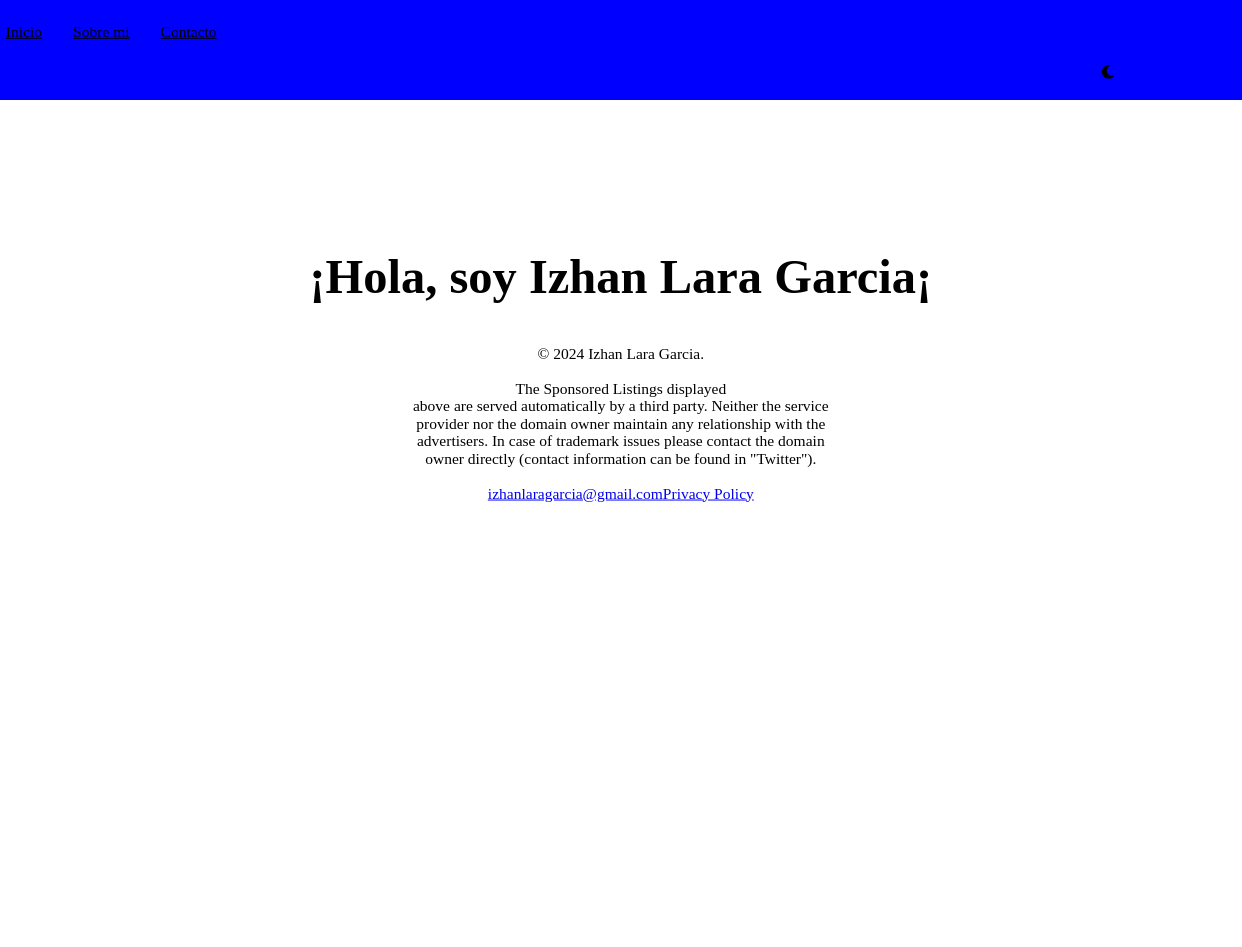
Repository: izhanlaraagarcia/izhanlaraagarcia.github.io
Page: / (app in vite-project/)
The author's editor kept a copy of each file at every save. The page is drawn from the files as they stood at one save, then again after the next save.
The browser window is 1280 px wide. The pictures show the whole page, at 97% of full size.
The project was rebuilt for these pictures with package versions that can differ from the ones it lists, and the page was loaded fresh each time. Also part of the build but not shown: vite-project/vite.config.js, vite-project/src/Home/Styles/estilos.css, vite-project/src/pages/About/about.jsx, vite-project/src/pages/Contact/contact.jsx.

Above is the page before, as saved 2024-07-11 21:20:09.

### vite-project/index.html
<!doctype html>
<html lang="en">
  <head>
    <meta charset="UTF-8" />
    <meta name="viewport" content="width=device-width, initial-scale=1.0" />
    <title>Izhan Lara Garcia</title>
  </head>
  <body>
    <div id="root"></div>
    <script type="module" src="/src/main.jsx"></script>
  </body>
</html>

### vite-project/src/App.jsx
import React from "react";
import { BrowserRouter as Router, Route, Routes } from "react-router-dom";
import Menu from "./Componentes-Generales/menu.jsx";
import Inicio from "./Home/Inicio.jsx";
import About from "./pages/About/about.jsx";
import Contact from "./pages/Contact/contact.jsx";

class App extends React.Component {
  render() {
    return (
      <Router>
        <Menu />
        <Routes>
          <Route path="/" element={<Inicio />} />
          <Route path="/sobre-mi" element={<About />} />
          <Route path="/contacto" element={<Contact />} />
        </Routes>
      </Router>
    );
  }
}

export default App;

### vite-project/src/index.css
/* :root {
  font-family: Inter, system-ui, Avenir, Helvetica, Arial, sans-serif;
  line-height: 1.5;
  font-weight: 400;

  color-scheme: light dark;
  color: rgba(255, 255, 255, 0.87);
  background-color: #242424;

  font-synthesis: none;
  text-rendering: optimizeLegibility;
  -webkit-font-smoothing: antialiased;
  -moz-osx-font-smoothing: grayscale;
}

a {
  font-weight: 500;
  color: #646cff;
  text-decoration: inherit;
}

a:hover {
  color: #535bf2;
}



h1 {
  font-size: 3.2em;
  line-height: 1.1;
}

button {
  border-radius: 8px;
  border: 1px solid transparent;
  padding: 0.6em 1.2em;
  font-size: 1em;
  font-weight: 500;
  font-family: inherit;
  background-color: #1a1a1a;
  cursor: pointer;
  transition: border-color 0.25s;
}

button:hover {
  border-color: #646cff;
}

button:focus,
button:focus-visible {
  outline: 4px auto -webkit-focus-ring-color;
}

@media (prefers-color-scheme: light) {
  :root {
    color: #213547;
    background-color: #ffffff;
  }

  a:hover {
    color: #747bff;
  }

  button {
    background-color: #f9f9f9;
  }
} */

body {
  right: 0;
  margin: 0%;
  width: 100%;
  margin-top: 20%;
  text-align: center;
  min-width: 320px;
  min-height: 100vh;

}

button {
  border-radius: 8px;
  border: 1px solid transparent;
  padding: 0.6em 1.2em;
  font-size: 1em;
  font-weight: 500;
  font-family: inherit;
  background-color: #1a1a1a;
  cursor: pointer;
  transition: border-color 0.25s;
}

### vite-project/src/Componentes-Generales/menu.jsx
import React from "react";
import { Link } from "react-router-dom";
import "./styles/menu.css";

import TemaComponent from "./thema";

class Menu extends React.Component {
  render() {
    return (
      <header>
        <nav>
          <ul>
            <li>
              <Link to="/">Inicio</Link>
            </li>
            <li>
              <Link to="/sobre-mi">Sobre mi</Link>
            </li>
            <li>
              <Link to="/contacto">Contacto</Link>
            </li>
            <li>
              <TemaComponent/>
            </li>
          </ul>
        </nav>
      </header>
    );
  }
}

export default Menu;

### vite-project/src/Home/Inicio.jsx
import React from "react";
import "./Styles/estilos.css";

import Banner from "../Componentes-Generales/banner";
import Footer from "../Componentes-Generales/footer";

class Inicio extends React.Component {
  render() {
    return (
      // Pequeña presentacion para el inicio
      <>
        <Banner />
        <Footer />
      </>
    );
  }
}

export default Inicio;

### vite-project/src/Componentes-Generales/styles/menu.css
nav {
    top: 0;
    right: 0;
    margin: 0%;
    padding: 10px;
    position: fixed;
    width: 100%;

    background-color: blue;
}

nav ul {
    list-style-type: none;
    padding: 0;
    margin: 0;
}

nav a {
    float: left;
    display: block;
    color: black;
    text-align: center;
    padding: 14px 16px;
}

nav ul li a:hover {
    background-color: aliceblue;
}

### vite-project/src/Componentes-Generales/thema.jsx
import React, { useState } from "react";
import { FontAwesomeIcon } from "@fortawesome/react-fontawesome";
import { faSun, faMoon } from "@fortawesome/free-solid-svg-icons";

const TemaComponent = () => {
  const [dark, setDark] = useState(false);

  const handleClick = () => {
    if (dark) {
      document.body.style.backgroundColor = "white";
      setDark(false);
    } else {
      document.body.style.backgroundColor = "darkgrey";
      setDark(true);
    }
  };

  return (
    <button
      id="tema"
      style={{
        cursor: "pointer",
        background: "none",
        border: "none",
        outline: "none",
        marginLeft: "80%",
      }}
      onClick={handleClick}
      aria-label={dark ? "Cambiar al modo claro" : "Cambiar al modo oscuro"}
    >
      <FontAwesomeIcon
        icon={dark ? faSun : faMoon}
        style={{ color: dark ? "black" : "inherit" }}
      />
    </button>
  );
};

export default TemaComponent;

### vite-project/src/Componentes-Generales/banner.jsx
import React from "react";
import "./styles/banner.css";

class Banner extends React.Component {
  render() {
    return (
      <div>
        <section id="welcome">
          <h1>¡Hola, soy Izhan Lara Garcia¡</h1>
        </section>
      </div>
    );
  }
}

export default Banner;

### vite-project/src/Componentes-Generales/footer.jsx
import React from "react";
import "./styles/footer.css";

class Footer extends React.Component {
  render() {
    return (
      <footer id="footer">
          © 2024 Izhan Lara Garcia.
          <br />
          <br />
          The Sponsored Listings displayed <br />
          above are served automatically by a third party. Neither the service
          <br />
          provider nor the domain owner maintain any relationship with the
          <br />
          advertisers. In case of trademark issues please contact the domain
          <br />
          owner directly (contact information can be found in "Twitter").
          <br />
          <br />
          <a href="mailto:izhanlaragarcia@gmail.com">
            izhanlaragarcia@gmail.com
          </a>
          <a href="https://policies.google.com/privacy?hl=es">Privacy Policy</a>
        </footer>
    );
  }
}

export default Footer;

### vite-project/src/Componentes-Generales/styles/banner.css
h1{
  font-size: 50px;
}

### vite-project/src/Componentes-Generales/styles/footer.css
footer {
    position: relative;
    text-decoration: none;
}

footer a:hover {
    text-decoration: underline;
}

Loaded but not shown: vite-project/src/main.jsx (common file)

After the next save:
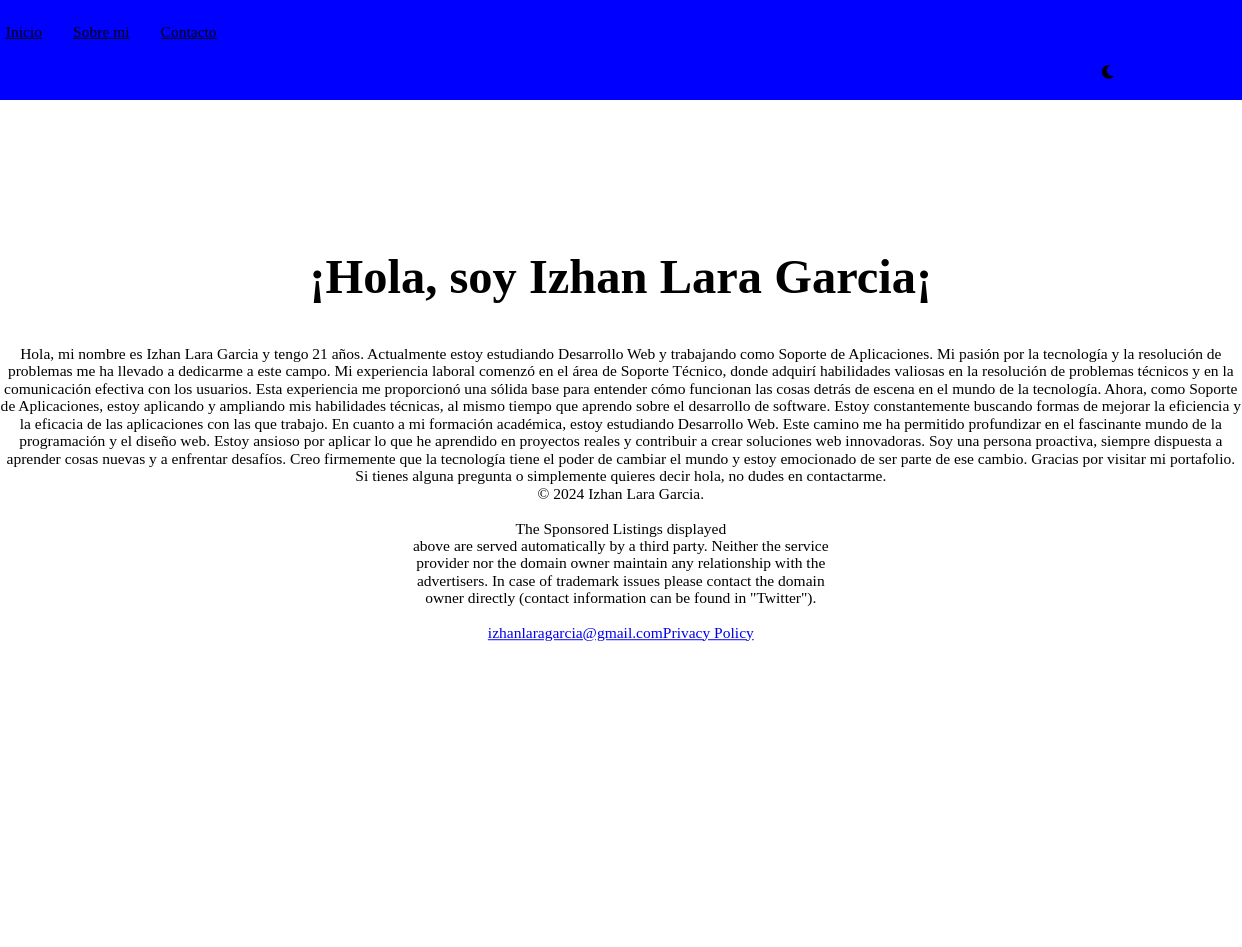
Saved 15 s later.
--- a/vite-project/src/Home/Inicio.jsx
+++ b/vite-project/src/Home/Inicio.jsx
@@ -10,6 +10,27 @@
       // Pequeña presentacion para el inicio
       <>
         <Banner />
+        Hola, mi nombre es Izhan Lara Garcia y tengo 21 años. Actualmente estoy
+        estudiando Desarrollo Web y trabajando como Soporte de Aplicaciones. Mi
+        pasión por la tecnología y la resolución de problemas me ha llevado a
+        dedicarme a este campo. Mi experiencia laboral comenzó en el área de
+        Soporte Técnico, donde adquirí habilidades valiosas en la resolución de
+        problemas técnicos y en la comunicación efectiva con los usuarios. Esta
+        experiencia me proporcionó una sólida base para entender cómo funcionan
+        las cosas detrás de escena en el mundo de la tecnología. Ahora, como
+        Soporte de Aplicaciones, estoy aplicando y ampliando mis habilidades
+        técnicas, al mismo tiempo que aprendo sobre el desarrollo de software.
+        Estoy constantemente buscando formas de mejorar la eficiencia y la
+        eficacia de las aplicaciones con las que trabajo. En cuanto a mi
+        formación académica, estoy estudiando Desarrollo Web. Este camino me ha
+        permitido profundizar en el fascinante mundo de la programación y el
+        diseño web. Estoy ansioso por aplicar lo que he aprendido en proyectos
+        reales y contribuir a crear soluciones web innovadoras. Soy una persona
+        proactiva, siempre dispuesta a aprender cosas nuevas y a enfrentar
+        desafíos. Creo firmemente que la tecnología tiene el poder de cambiar el
+        mundo y estoy emocionado de ser parte de ese cambio. Gracias por visitar
+        mi portafolio. Si tienes alguna pregunta o simplemente quieres decir
+        hola, no dudes en contactarme.
         <Footer />
       </>
     );

After the 3 saves that followed:
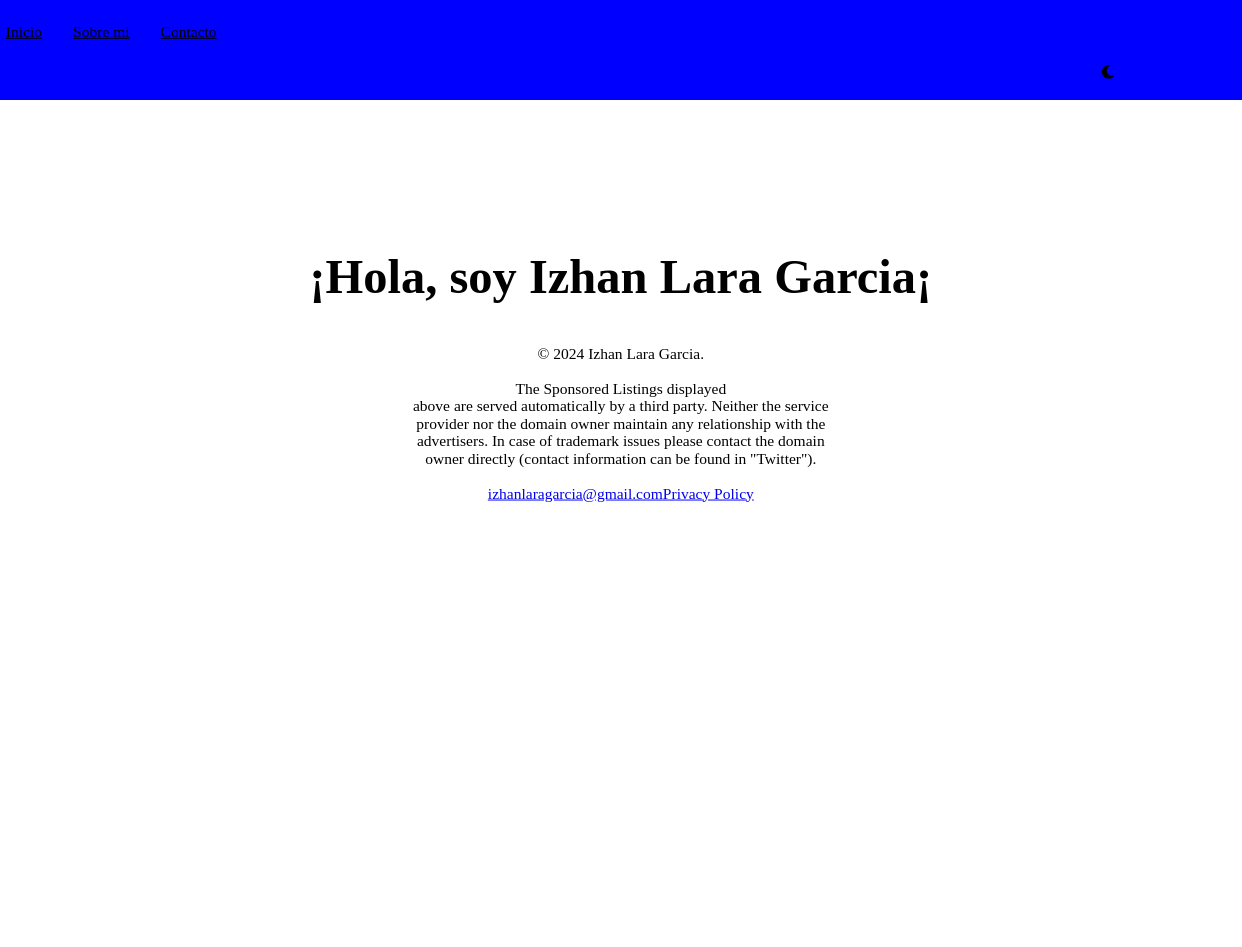
The 3 saves are shown as one change because 1 did not build or start and 1 left the picture as it was.
The last was saved 4 min 59 s later.
--- a/vite-project/src/Home/Inicio.jsx
+++ b/vite-project/src/Home/Inicio.jsx
@@ -3,6 +3,7 @@
 
 import Banner from "../Componentes-Generales/banner";
 import Footer from "../Componentes-Generales/footer";
+
 
 class Inicio extends React.Component {
   render() {
@@ -10,27 +11,6 @@
       // Pequeña presentacion para el inicio
       <>
         <Banner />
-        Hola, mi nombre es Izhan Lara Garcia y tengo 21 años. Actualmente estoy
-        estudiando Desarrollo Web y trabajando como Soporte de Aplicaciones. Mi
-        pasión por la tecnología y la resolución de problemas me ha llevado a
-        dedicarme a este campo. Mi experiencia laboral comenzó en el área de
-        Soporte Técnico, donde adquirí habilidades valiosas en la resolución de
-        problemas técnicos y en la comunicación efectiva con los usuarios. Esta
-        experiencia me proporcionó una sólida base para entender cómo funcionan
-        las cosas detrás de escena en el mundo de la tecnología. Ahora, como
-        Soporte de Aplicaciones, estoy aplicando y ampliando mis habilidades
-        técnicas, al mismo tiempo que aprendo sobre el desarrollo de software.
-        Estoy constantemente buscando formas de mejorar la eficiencia y la
-        eficacia de las aplicaciones con las que trabajo. En cuanto a mi
-        formación académica, estoy estudiando Desarrollo Web. Este camino me ha
-        permitido profundizar en el fascinante mundo de la programación y el
-        diseño web. Estoy ansioso por aplicar lo que he aprendido en proyectos
-        reales y contribuir a crear soluciones web innovadoras. Soy una persona
-        proactiva, siempre dispuesta a aprender cosas nuevas y a enfrentar
-        desafíos. Creo firmemente que la tecnología tiene el poder de cambiar el
-        mundo y estoy emocionado de ser parte de ese cambio. Gracias por visitar
-        mi portafolio. Si tienes alguna pregunta o simplemente quieres decir
-        hola, no dudes en contactarme.
         <Footer />
       </>
     );
